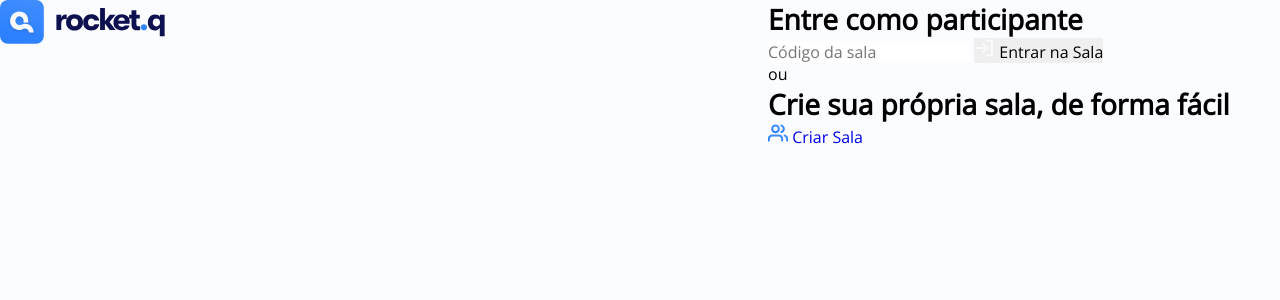
Repository: frnndlima/rocket.q
Page: home.html
The author's editor kept a copy of each file at every save. The page is drawn from the files as they stood at one save, then again after the next save.
The browser window is 1280 px wide. The pictures show the whole page.

Above is the page before, as saved 2021-08-30 15:45:21.

### home.html
<!DOCTYPE html>
  <head>
    <title>Criar Sala - Rocket.Q</title>
    <meta charset="UTF-8">
    <meta http-equiv="X-UA-COMPATIBLE" content="IE-Edge">
    <meta name="viewport" content="width=device-width, initial-scale=1.0">

    <link rel="stylesheet" href="styles/global.css" />
    <link rel="stylesheet" href="styles/home.css" />

    <link rel="preconnect" href="https://fonts.googleapis.com">
    <link rel="preconnect" href="https://fonts.gstatic.com" crossorigin>
    <link href="https://fonts.googleapis.com/css2?family=Open+Sans&family=Poppins:wght@400;500;700&display=swap" rel="stylesheet">
  </head>
  <body>
    <div id="home" class="content">
      <header>
        <img src="public/images/logo.svg" alt="rocket.q logo"/>
      </header>

      <main>
        <div class="container">
          <section>
            <h2>Entre como participante</h2>
            <form action="">
              <label for="room-id" class="sr-only">Código da sala</label>
              <input type="text" id="room-id" placeholder="Código da sala" />
              <button>
                <img src="public/images/enter-room.svg" alt="Entrar na Sala" />
                Entrar na Sala
              </button>
            </form>
          </section>

          <div class="separator">
            <div></div>
            <div>ou</div>
            <div></div>
          </div>

          <section>
            <h2>Crie sua própria sala, de forma fácil</h2>
            <a href="create-room.html">
              <img src="public/images/users.svg" alt="Criar Sala"> Criar Sala
            </a>
          </section>
        </div>
      </main>

    </div>
  </body>

</html>

### styles/global.css
* {
  margin: 0;
  padding: 0;
  text-decoration: none;
  box-sizing: border-box;
  border: none;
}

html {
  --black: #0D114F;
  --white: #FAFAFA;
  --red: #E83F5B;
  --light-blue: #E0ECFF;
  --blue: #3485FF;
  --background: #FBFCFF;
  --overlay: #040911;
  --icons-details: #A5B0C1;

  --grey-dark: #4D5E77;
  --grey-blue: #A1B2CD;
  --grey-medium: #D3D9E2;
  --grey-light: #E5EAF1;

  font-size: 62.5%;
}

h2 {
  font-size: 2.8rem;
}

body {
  height: 100vh;
  width: 100vw;
  background: var(--background);
}

body, input, button, textarea {
  font-size: clamp(14px, 1.6rem, 2vw);

  font-family: 'Open Sans', sans-serif;

}

.content {
  width: 100%;
  margin: 0 auto;
}

.sr-only {
  position: absolute;
  height: 1px;
  width: 1px;
  padding: 0;
  margin: -1px;
  overflow: hidden;
  clip-path: rect(0, 0, 0, 0);
  white-space: nowrap;
  border-width: 0;
}

### styles/home.css
.content {
  display: grid;
  grid-template-columns: 60% 40%;
  grid-template-rows: 11.4rem 1fr;

  grid-template-areas:
  'header header'
  'left right';
}

header {
  grid-area:
}

After the next save:
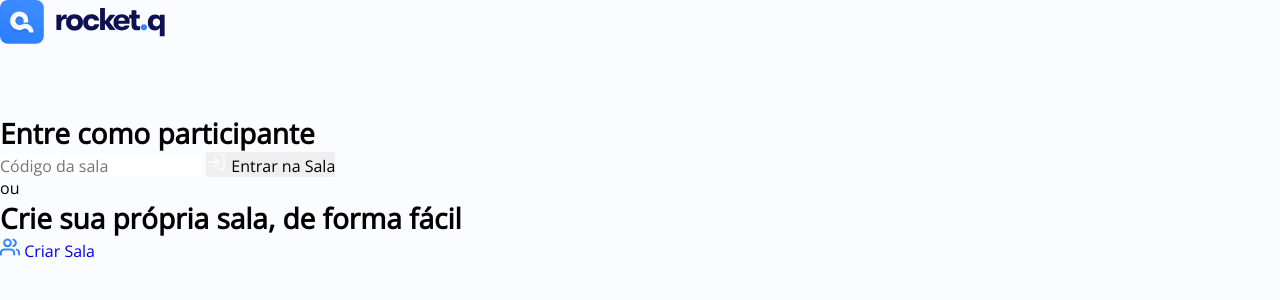
Saved 33 s later.
--- a/styles/home.css
+++ b/styles/home.css
@@ -9,5 +9,5 @@
 }
 
 header {
-  grid-area:
+  grid-area: header
 }
